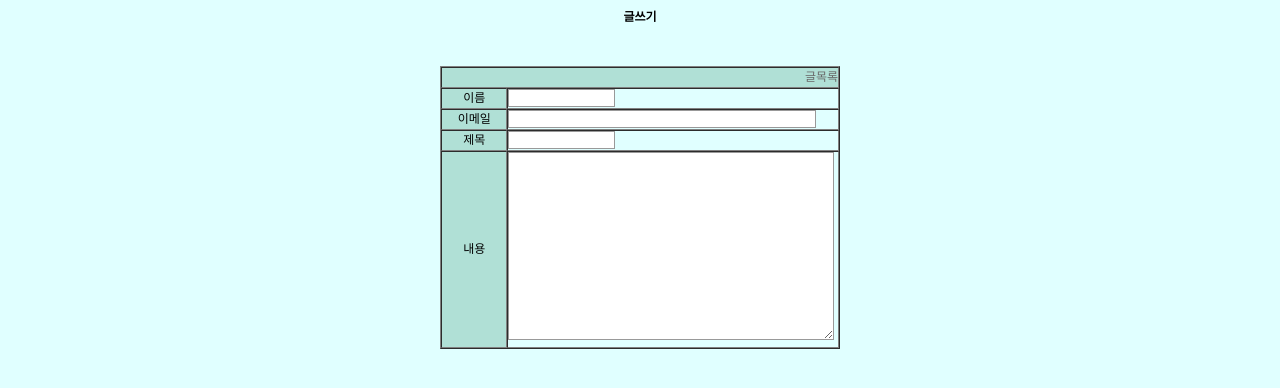
Repository: noopzzya/study_jsp_globalin
Page: http://localhost/ServletProject/boardone/writeform.jsp
These files come from the project's save history. The page is drawn as it stood at one moment and after the next save; the edit follows.
The browser window is 1280 px wide. The pictures show the whole page.
The page is served by Tomcat 9.

Above is the page before, as saved 2023-02-08 01:17:44.

After the next save:
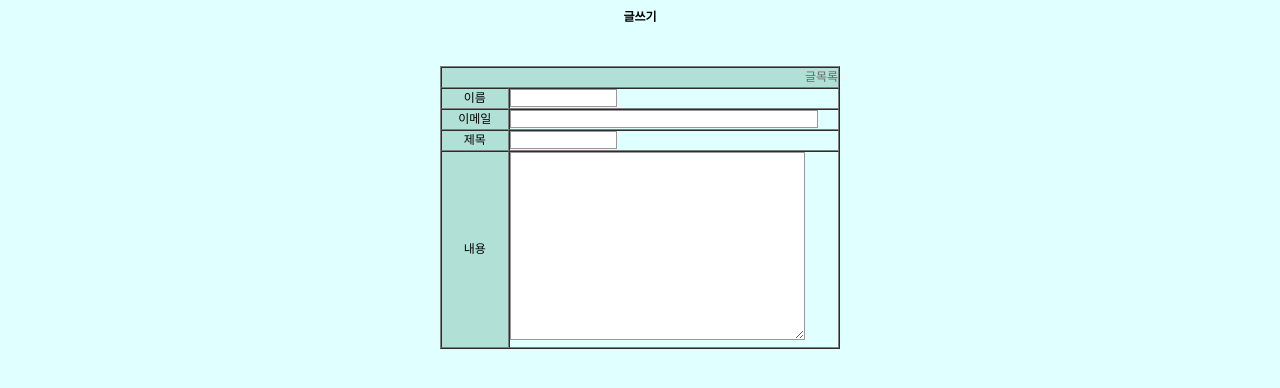
Saved 10 s later.
--- a/ServletProject/src/main/webapp/boardone/writeform.jsp
+++ b/ServletProject/src/main/webapp/boardone/writeform.jsp
@@ -46,7 +46,7 @@
 	<tr>
 		<td width="70" bgcolor="<%=value_c%>" align="center">내용</td>
 		<td width="330">
-			<textarea rows="13" cols="50" name="content"></textarea>
+			<textarea rows="13" cols="45" name="content"></textarea>
 		</td>
 	</tr>
 
